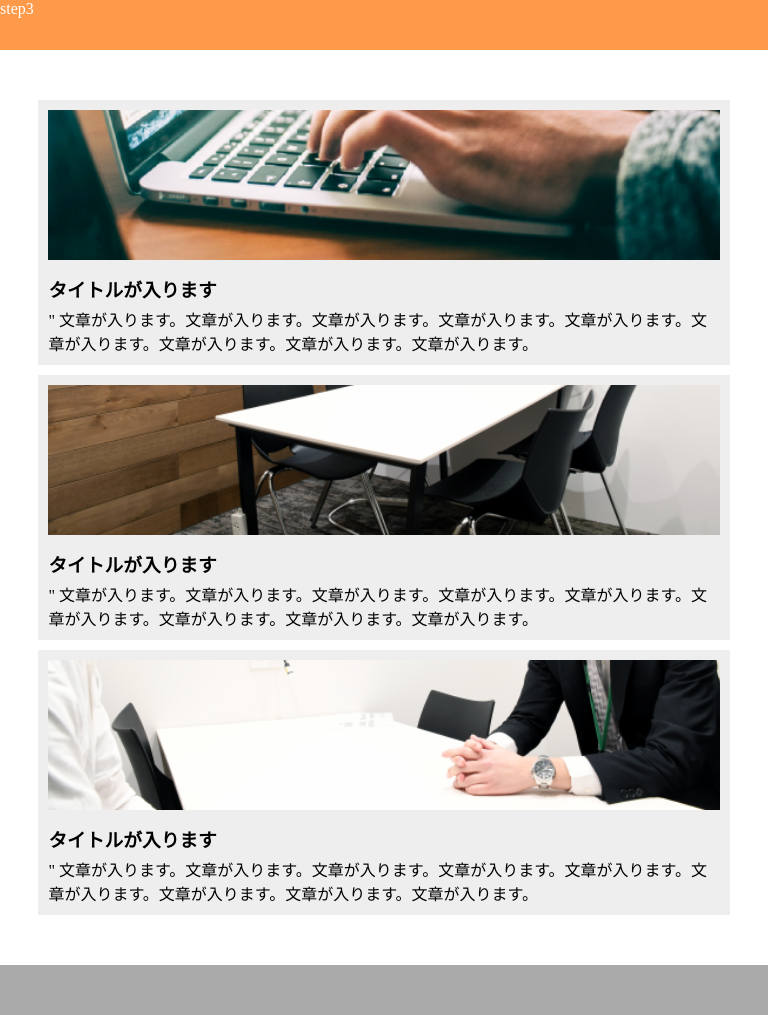
Repository: BRK-munger/9-
Page: 9章演習/index.html
The author's editor kept a record of every edit. The page is drawn from the files as they stood at one moment, then again after the next edit.
The browser window is 768 px wide. The pictures show the whole page.

Above is the page before.

### 9章演習/index.html
<!DOCTYPE html>
<html lang="ja">
  <head>
    <meta charset="UTF-8" >
    <meta name="viewport" content="width=device-width,initial-scale=1.0">
    <title>9章演習</title>
    <link rel="stylesheet" href="style.css">
  </head>
  <body>
   <header></header>
   <main>
    <div class="step-box">
      <div class="step-img1"></div>
      <span class="step-num">step1</span>
      <h3 class="title">タイトルが入ります</h3>
      <p class="text">
        " 文章が入ります。文章が入ります。文章が入ります。文章が入ります。文章が入ります。文章が入ります。文章が入ります。文章が入ります。文章が入ります。
  </p>
  </div>
  <div class="step-box">
     <div class="step-img2"></div>
     <span class="step-num">step2</span>
     <h3 class="title">タイトルが入ります</h3>
     <p class="text">
        " 文章が入ります。文章が入ります。文章が入ります。文章が入ります。文章が入ります。文章が入ります。文章が入ります。文章が入ります。文章が入ります。
  </p>
  </div>
    <div class="step-box">
    <div class="step-img3"></div>
    <span class="step-num">step3</span>
    <h3 class="title">タイトルが入ります</h3>
    <p class="text">
        " 文章が入ります。文章が入ります。文章が入ります。文章が入ります。文章が入ります。文章が入ります。文章が入ります。文章が入ります。文章が入ります。
  </p>
  </div>
  </main>
  <footer></footer>
 </body>
</html>

### 9章演習/style.css
* {
  box-sizing: border-box;
  margin: 0;
  padding: 0;
}

header {
  height: 50px;
  background-color: #ff9a4b;
}

main {
  width: 960px;
  margin: 50px auto;
  display: flex;
}

.step-box {
  width: 300px;
  margin-right: 30px;
  padding: 10px;
  position: relative;
  background-color: #eee;
}

.step-box:last-child {
  margin-right: 0;
}

.step-img1 {
  height: 150px;
  background-image: url(img/flow01.png);
  background-position: bottom;
  background-size: cover;
}

.step-img2 {
  height: 150px;
  background-image: url(img/flow02.png);
  background-position: bottom;
  background-size: cover;
}

.step-img3 {
  height: 150px;
  background-image: url(img/flow03.png);
  background-position: bottom;
  background-size: cover;
}

.step-num {
  position: absolute;
  top: 0;
  left: 0;
  background-color: #ff9a4b;
  color: #fff;
}

.title {
  margin:15px 0 5px;
}

footer {
  height: 50px;
  background-color: #aaa;
}

@media screen and (max-width: 768px) {
  header {
    width:100%;
  }

  main {
    width: 100%;
    display: block;
  }

.step-box {
  width: 90%;
  margin: 10px auto;
  position: static;
 }

 .step-box:last-child {
  margin: 10px auto;
  position: static;
}


}

After the next edit:
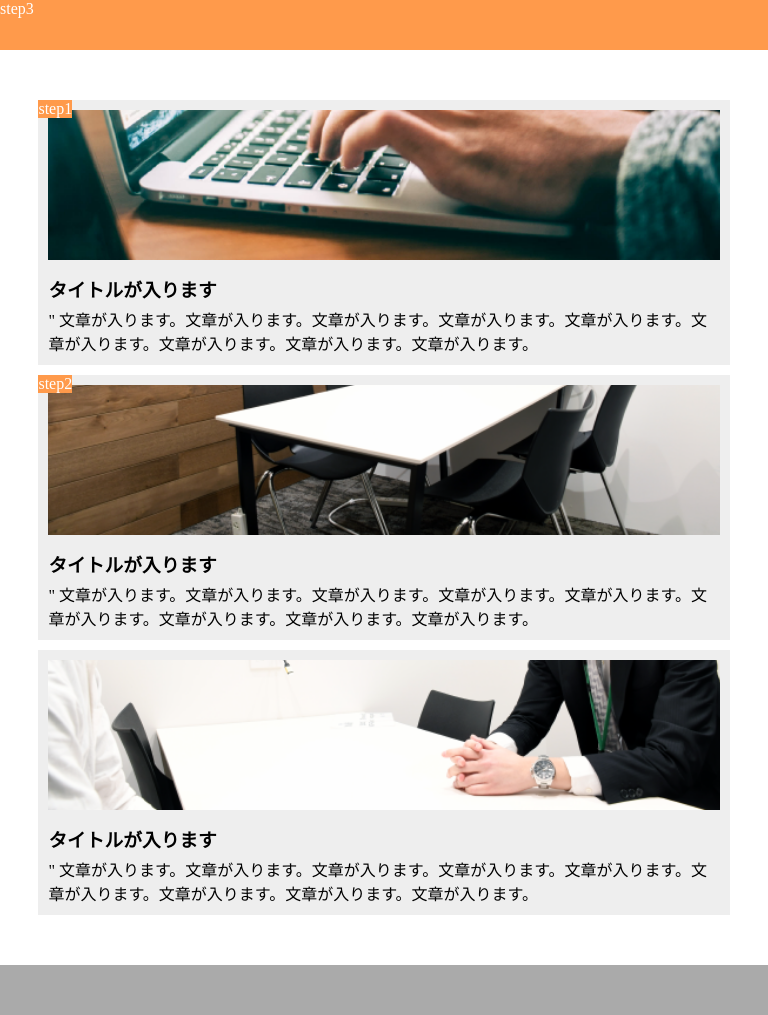
The edit:
--- a/9章演習/style.css
+++ b/9章演習/style.css
@@ -78,7 +78,7 @@
 .step-box {
   width: 90%;
   margin: 10px auto;
-  position: static;
+  /*position: static;*/
  }
 
  .step-box:last-child {
